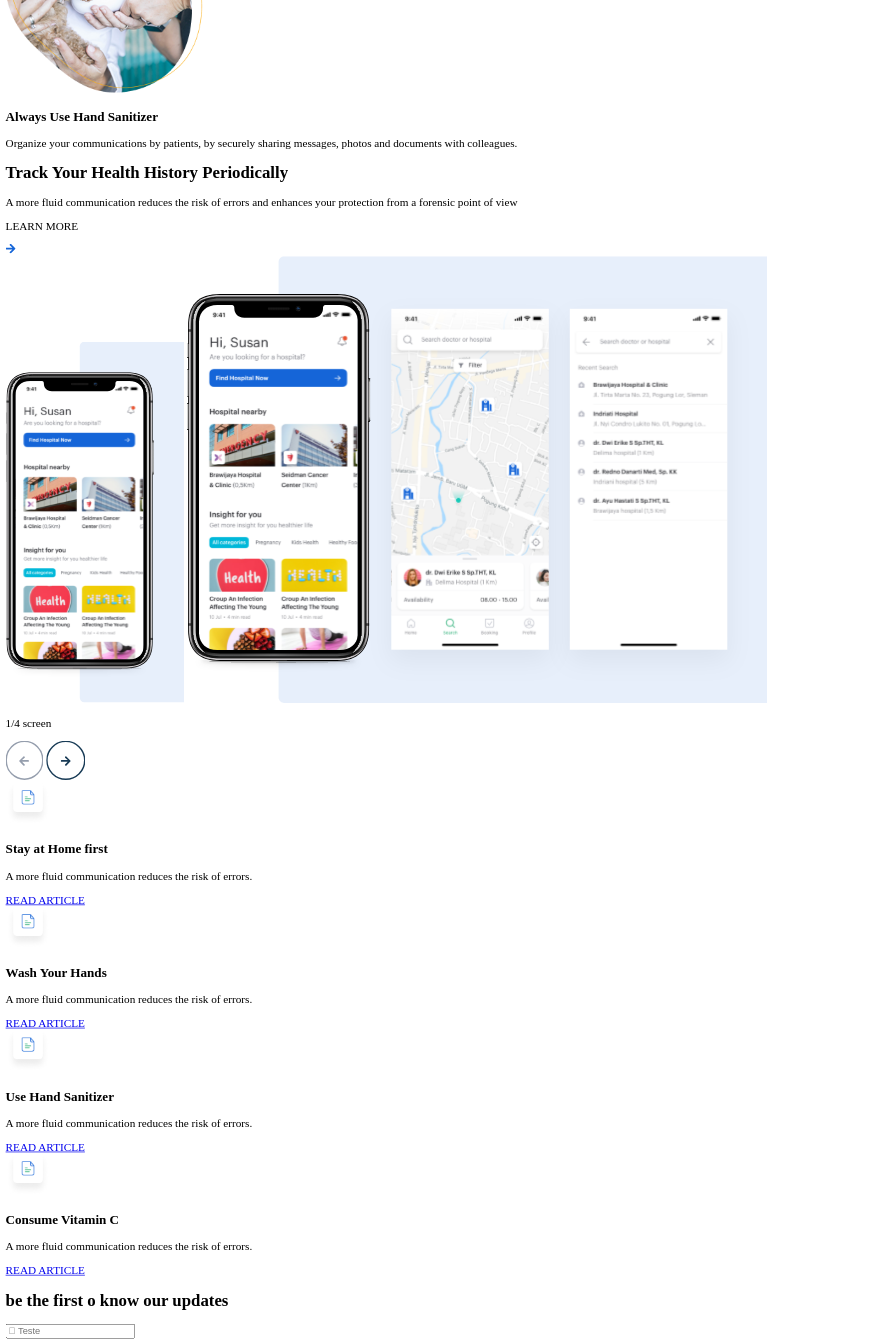
Repository: Esttevo/prova-html-css
Page: index.html
The author's editor kept a copy of each file at every save. The page is drawn from the files as they stood at one save, then again after the next save.
The browser window is 1280 px wide. The pictures show the part of the page from y = 3453 to 5373 px (the page is 5373 px tall), at 70% of full size.
A picture or video elsewhere on the page could not be fetched, so the positions and the page height are approximate.

Above is the page before, as saved 2026-08-31 18:43:00.

After the next save:
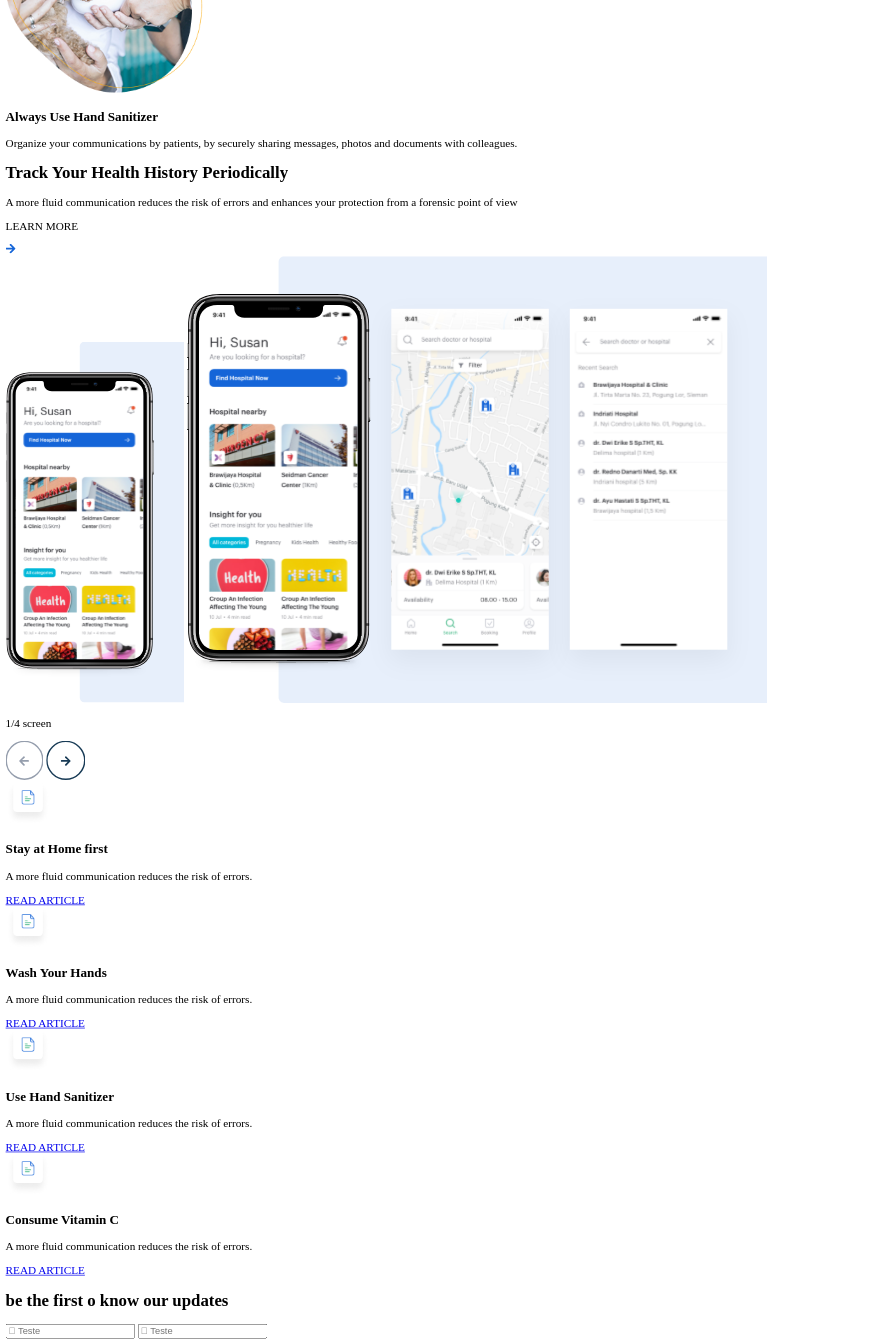
Saved 22 s later.
--- a/index.html
+++ b/index.html
@@ -334,6 +334,7 @@
             <form action="#">
 
                 <input  type="text" id="name" name="name" placeholder="&#xF007; Teste">
+                <input  type="text" id="name" name="name" placeholder="&#xF007; Teste">
             </form>
         </section>
     </main>
